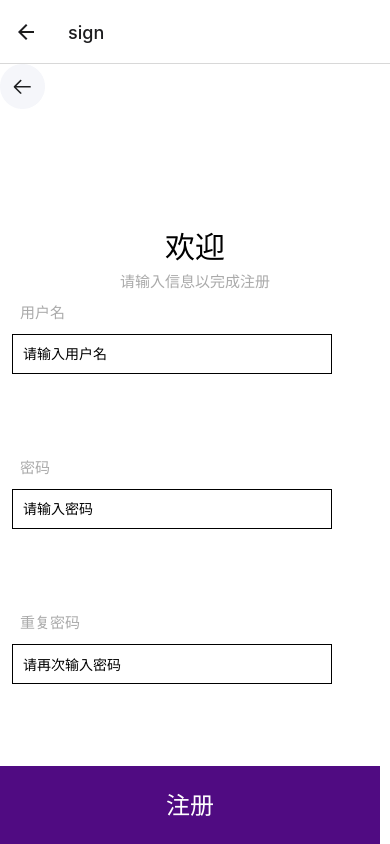
Repository: eyebone/barManager
Screen: /sign
An editor plug-in stored every save of this project. The screen is shown before and after the next save, followed by the edit.
The app was drawn by React Native's web renderer in a window 390 px wide. The project was rebuilt for these pictures with package versions that can differ from the ones it lists, and the page was loaded fresh each time. Also part of the build but not shown: components/EmojiPicker.js, components/Button.js, components/ImageViewer.js, components/circleButton.js, components/IconButton.js, view/ViewOne.js.

Above is the screen before, as saved 2023-06-26 15:37:15.

### App.js
// In App.js in a new project

import * as React from "react";
import { Button, View, Text, StyleSheet, Pressable, Alert } from "react-native";
// import React-native from 'react-native';
import { NavigationContainer } from "@react-navigation/native";
import { createNativeStackNavigator } from "@react-navigation/native-stack";
import { ViewOne } from "./view/ViewOne";
import { SignView } from "./view/Sign";
import { LinearGradient } from "expo-linear-gradient";
import FontAwesome from "react-native-vector-icons/FontAwesome";
function HomeScreen({ navigation }) {
  return (
    <View style={styles.container}>
      <LinearGradient
        start={{ x: 0, y: 0 }}
        end={{ x: 1, y: 1 }}
        colors={["#5c0b82", "#480965", "#190641", "#070320", "#000000"]}
        style={styles.linearGradient}
      >
        <Text>Home Screen</Text>
        <Pressable
          style={(styles.button, { backgroundColor: "#faf2de" })}
          onPress={() => navigation.push("test")}
        >
          <FontAwesome name="home" size={26} style={{ paddingRight: 8 }} />
          <Text>go to detail</Text>
        </Pressable>

        <Button
          title="Go to Sign"
          onPress={() => navigation.navigate("sign")}
        />
        <Text style={styles.buttonText}>Sign in with Facebook</Text>
      </LinearGradient>
    </View>
  );
}

const Stack = createNativeStackNavigator();

function App() {
  return (
    <NavigationContainer style={styles.container}>
      <Stack.Navigator initialRouteName="Home">
        <Stack.Screen
          name="Home"
          component={HomeScreen}
          options={{ title: "Overview", backgroundColor: "transparent" }}
        />
        <Stack.Screen name="test" component={ViewOne} />
        <Stack.Screen name="sign" component={SignView} />
      </Stack.Navigator>
    </NavigationContainer>
  );
}

export default App;

const styles = StyleSheet.create({
  container: {
    flex: 1,
    flexDirection: "column",
    backgroundColor: "#000000",
    //    alignItems: 'center',
  },
  linearGradient: {
    height: 740,
  },
  button: {
    borderRadius: 10,
    width: 300,
    height: 30,
    alignItems: "center",
    justifyContent: "center",
    flexDirection: "row",
  },
});

### view/Sign.js
import { StatusBar } from "expo-status-bar";
import { StyleSheet, View, Text} from "react-native";
import Button from "../components/Button";
import ImageViewer from "../components/ImageViewer";
import * as ImagePicker from "expo-image-picker";
import { useState } from "react";
const PlaceholderImage = require("../assets/images/background-image.png");
import * as React from "react";
import {
  FlatList,
  Image,
  Platform,
  Pressable,
  PixelRatio,
  TextInput,
} from "react-native";
import { NavigationContainer } from "@react-navigation/native";
import { createNativeStackNavigator } from "@react-navigation/native-stack";

//import {Text } from 'react-native';

export function SignView({ navigation }) {
  const [value, onChangeText] = React.useState("");

  return (
    <View style={styles.container}>
      <Pressable onPress={() => navigation.push("Home")}>
        <Image source={require("../assets/bar/Back.png")} />
      </Pressable>

      <View style={styles.welcomeContainer}>
        <Text style={styles.welcomeText} numberOfLines={1}>
          欢迎
        </Text>
        <Text style={styles.infoText}>请输入信息以完成注册</Text>
      </View>
      <View style={styles.inputBar}>
        <Text style={styles.smallText}>用户名</Text>
        <TextInput
          maxLength={40}
          onChangeText={(text) => onChangeText(text)}
          value={value}
          style={styles.input}
          placeholder="请输入用户名"
        />
      </View>
      <View style={styles.inputBar}>
        <Text style={styles.smallText}>密码</Text>
        <TextInput style={styles.input} placeholder="请输入密码" />
      </View>
      <View style={styles.inputBar}>
        <Text editable style={styles.smallText}>
          重复密码
        </Text>
        <TextInput
          style={styles.input}
          placeholder="请再次输入密码"
          //          onChangeText={onChange}
        />
      </View>
      {/* <View style={styles.footerContainer}>
        <Text style={styles.regText}>注册</Text>
      </View> */}
      <Pressable style={styles.footerContainer}
      onPress={()=>navigation.push('Home')}>
        <Text style={styles.regText}>注册</Text>
      </Pressable>
    </View>
  );
}

const styles = StyleSheet.create({
  container: {
    flex: 1,
    flexDirection: "column",
    backgroundColor: "#fff",
    //    alignItems: 'center',
  },
  welcomeContainer: {
    flex: 1,
    backgroundColor: "#fff",
    alignItems: "center",
    marginTop: 114,
    height: 60,
  },
  welcomeText: {
    fontSize: PixelRatio.getFontScale() * 30,
    //    fontFamily: STKaiti,
  },
  infoText: {
    color: "#aaa",
    fontSize: PixelRatio.getFontScale() * 15,
    lineHeight: 38,
  },
  imageContainer: {
    flex: 1,
    paddingTop: 58,
  },
  smallText: {
    fontSize: PixelRatio.getFontScale() * 15,
    color: "#aaa",
    marginLeft: 20,
  },
  footerContainer: {
    flex: 1,
    alignItems: "center",
    backgroundColor: "#500B82",
    width: 380,
    height: 57,
    bottom: 0,
    //      marginTop: 600,
    //      paddingTop: 737,
  },
  inputBar: {
    flex: 2,
    // borderBottomColor: "#000",
    // borderBottomWidth: 1,
  },
  regText: {
    fontSize: PixelRatio.getFontScale() * 24,
    color: "#fff",
    margin: 20,
  },
  input: {
    height: 40,
    margin: 12,
    borderWidth: 1,
    padding: 10,
    width: 320,
  },
});

After the next save:
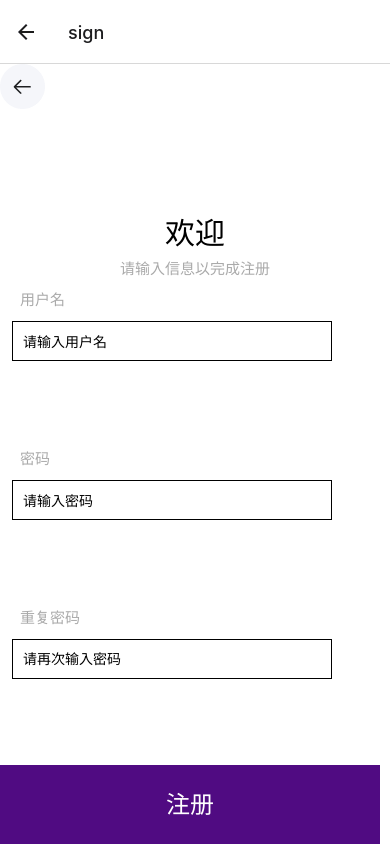
Saved 22 s later.
--- a/view/Sign.js
+++ b/view/Sign.js
@@ -1,5 +1,5 @@
 import { StatusBar } from "expo-status-bar";
-import { StyleSheet, View, Text} from "react-native";
+import { StyleSheet, View, Text } from "react-native";
 import Button from "../components/Button";
 import ImageViewer from "../components/ImageViewer";
 import * as ImagePicker from "expo-image-picker";
@@ -61,8 +61,10 @@ export function SignView({ navigation }) {
       {/* <View style={styles.footerContainer}>
         <Text style={styles.regText}>注册</Text>
       </View> */}
-      <Pressable style={styles.footerContainer}
-      onPress={()=>navigation.push('Home')}>
+      <Pressable
+        style={styles.footerContainer}
+        onPress={() => navigation.push("Home")}
+      >
         <Text style={styles.regText}>注册</Text>
       </Pressable>
     </View>
@@ -80,7 +82,7 @@ const styles = StyleSheet.create({
     flex: 1,
     backgroundColor: "#fff",
     alignItems: "center",
-    marginTop: 114,
+    marginTop: 100,
     height: 60,
   },
   welcomeText: {
